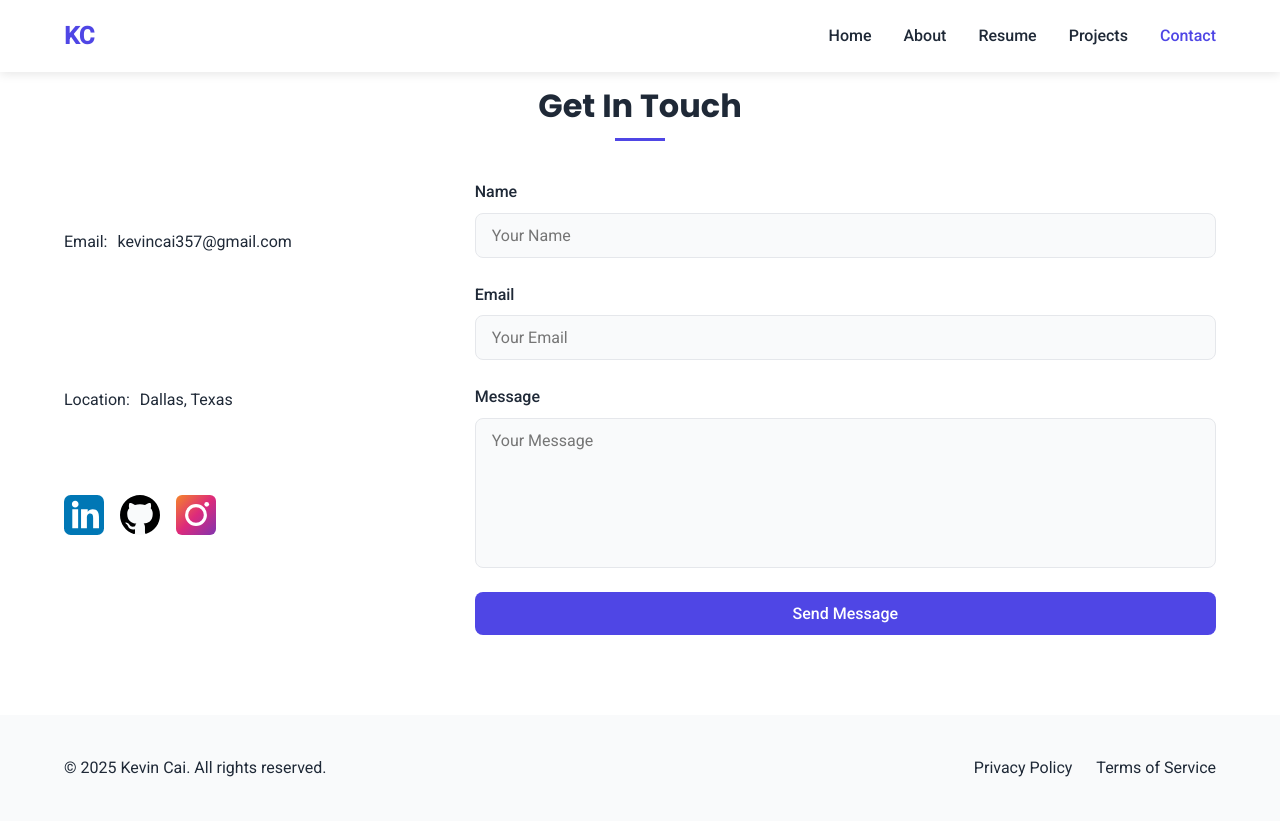
Repository: itskevbo/E-Portfolio
Page: pages/contact.html
The author's editor kept a copy of each file at every save. The page is drawn from the files as they stood at one save, then again after the next save.
The browser window is 1280 px wide. The pictures show the whole page.

Above is the page before, as saved 2025-04-22 23:03:17.

### pages/contact.html
<!DOCTYPE html>
<html lang="en">
<head>
    <meta charset="UTF-8">
    <meta name="viewport" content="width=device-width, initial-scale=1.0">
    <title>Kevin Cai | Contact</title>
    <meta name="description" content="Get in touch with Kevin Cai">

    <!-- Favicon -->
    <link rel="icon" href="../assets/images/favicon.ico">

    <!-- CSS -->
    <link rel="stylesheet" href="../styles/main.css">

    <!-- Google Fonts -->
    <link rel="preconnect" href="https://fonts.googleapis.com">
    <link rel="preconnect" href="https://fonts.gstatic.com" crossorigin>
    <link href="https://fonts.googleapis.com/css2?family=Poppins:wght@300;400;500;700&family=Roboto:wght@400;500&display=swap" rel="stylesheet">
</head>
<body>
    <!-- Header Component -->
    <header class="header" id="header">
        <div class="container">
            <div class="header__logo">
                <a href="../index.html" class="logo">KC</a>
            </div>

            <nav class="header__nav" id="nav-menu">
                <ul class="header__nav-list">
                    <li class="header__nav-item"><a href="../index.html" class="header__nav-link">Home</a></li>
                    <li class="header__nav-item"><a href="about.html" class="header__nav-link">About</a></li>
                    <li class="header__nav-item"><a href="resume.html" class="header__nav-link">Resume</a></li>
                    <li class="header__nav-item"><a href="projects.html" class="header__nav-link">Projects</a></li>
                    <li class="header__nav-item"><a href="contact.html" class="header__nav-link active">Contact</a></li>
                </ul>

                <div class="header__nav-toggle" id="nav-toggle">
                    <span></span>
                    <span></span>
                    <span></span>
                </div>
            </nav>
        </div>
    </header>

    <main>
        <!-- Contact Section Component -->
        <section class="contact section" id="contact">
            <div class="container">
                <h2 class="section__title">Get In Touch</h2>
                <div class="contact__content">
                    <div class="contact__info">
                        <div class="contact__info-item" style="display: flex; align-items: center; gap: 10px;">
                            <span class="icon">Email:</span>
                            <a href="mailto:kevincai357@gmail.com">kevincai357@gmail.com</a>
                        </div>
                        <div class="contact__info-item" style="display: flex; align-items: center; gap: 10px;">
                            <span class="icon">Location:</span>
                            <span>Dallas, Texas</span>
                        </div>
                        <div class="contact__social">
                            <a href="https://www.linkedin.com/in/kevincai357/" class="contact__social-link" target="_blank">
                                <img src="../assets/icons/linkedin.svg" alt="LinkedIn" class="contact__social-icon">
                            </a>
                            <a href="https://github.com/itskevbo" class="contact__social-link" target="_blank">
                                <img src="../assets/icons/github.svg" alt="GitHub" class="contact__social-icon">
                            </a>
                            <a href="https://www.instagram.com/_itskevbo/" class="contact__social-link" target="_blank">
                                <img src="../assets/icons/instagram.svg" alt="Instagram" class="contact__social-icon">
                            </a>
                        </div>
                    </div>
                    <form class="contact__form" id="contact-form">
                        <div class="form-group">
                            <label for="name">Name</label>
                            <input type="text" id="name" name="name" placeholder="Your Name" required>
                        </div>
                        <div class="form-group">
                            <label for="email">Email</label>
                            <input type="email" id="email" name="email" placeholder="Your Email" required>
                        </div>
                        <div class="form-group">
                            <label for="message">Message</label>
                            <textarea id="message" name="message" placeholder="Your Message" required></textarea>
                        </div>
                        <button type="submit" class="btn btn-primary">Send Message</button>
                    </form>
                </div>
            </div>
        </section>
    </main>

    <!-- Footer Component -->
    <footer class="footer">
        <div class="container">
            <div class="footer__content">
                <p>&copy; 2025 Kevin Cai. All rights reserved.</p>
                <div class="footer__links">
                    <a href="#" class="footer__link">Privacy Policy</a>
                    <a href="#" class="footer__link">Terms of Service</a>
                </div>
            </div>
        </div>
    </footer>

    <!-- JS -->
    <script src="../scripts/main.js"></script>
</body>
</html>

### styles/main.css
/*=============== VARIABLES ===============*/
:root {
    /* Colors */
    --primary-color: #4f46e5;
    --primary-color-alt: #2f24a5;
    --secondary-color: #3b82f6;
    --accent-color: #8b5cf6;
    --text-color: #1f2937;
    --text-color-light: #6b7280;
    --body-color: #ffffff;
    --container-color: #f9fafb;
    --border-color: #e5e7eb;
    --success-color: #10b981;
    --error-color: #ef4444;

    /* Typography */
    --body-font: 'Roboto', sans-serif;
    --heading-font: 'Poppins', sans-serif;
    --h1-font-size: 2.5rem;
    --h2-font-size: 2rem;
    --h3-font-size: 1.5rem;
    --normal-font-size: 1rem;
    --small-font-size: 0.875rem;
    --smaller-font-size: 0.75rem;

    /* Font weights */
    --font-light: 300;
    --font-regular: 400;
    --font-medium: 500;
    --font-bold: 700;

    /* Z-index */
    --z-tooltip: 10;
    --z-fixed: 100;

    /* Transitions */
    --transition: all 0.3s ease;
}

/*=============== BASE ===============*/
* {
    margin: 0;
    padding: 0;
    box-sizing: border-box;
}

html {
    scroll-behavior: smooth;
}

body {
    font-family: var(--body-font);
    font-size: var(--normal-font-size);
    color: var(--text-color);
    background-color: var(--body-color);
    line-height: 1.6;
}

h1, h2, h3 {
    font-family: var(--heading-font);
    font-weight: var(--font-bold);
    color: var(--text-color);
}

ul {
    list-style: none;
}

a {
    text-decoration: none;
    color: var(--text-color);
    transition: var(--transition);
}

a:hover {
    color: var(--primary-color);
}

img {
    max-width: 100%;
    height: auto;
}

button,
input,
textarea {
    font-family: var(--body-font);
    font-size: var(--normal-font-size);
    outline: none;
    border: none;
}

button {
    cursor: pointer;
    background: none;
}

/*=============== REUSABLE CLASSES ===============*/
.container {
    max-width: 1200px;
    margin: 0 auto;
    padding: 0 1.5rem;
}

.section {
    padding: 5rem 0;
}

.section__title {
    font-size: var(--h2-font-size);
    text-align: center;
    margin-bottom: 3rem;
    position: relative;
}

.section__title::after {
    content: '';
    position: absolute;
    width: 50px;
    height: 3px;
    background-color: var(--primary-color);
    bottom: -10px;
    left: 50%;
    transform: translateX(-50%);
}

.highlight {
    color: var(--primary-color);
}

.grid {
    display: grid;
    gap: 1.5rem;
}

/*=============== BUTTONS ===============*/
.btn {
    display: inline-flex;
    align-items: center;
    justify-content: center;
    padding: 0.75rem 1.5rem;
    border-radius: 0.5rem;
    font-weight: var(--font-medium);
    transition: var(--transition);
}

.btn-primary {
    background-color: var(--primary-color);
    color: white;
}

.btn-primary:hover {
    background-color: var(--primary-color-alt);
    color: white;
}

.btn-outline {
    border: 2px solid var(--primary-color);
    color: var(--primary-color);
}

.btn-outline:hover {
    background-color: var(--primary-color);
    color: white;
}

/*=============== HEADER & NAV ===============*/
.header {
    position: fixed;
    top: 0;
    left: 0;
    width: 100%;
    background-color: var(--body-color);
    box-shadow: 0 2px 10px rgba(0, 0, 0, 0.1);
    z-index: var(--z-fixed);
}

.header .container {
    display: flex;
    align-items: center;
    justify-content: space-between;
    height: 4.5rem;
}

.header__logo .logo {
    font-size: 1.5rem;
    font-weight: var(--font-bold);
    color: var(--primary-color);
}

.header__nav {
    display: flex;
    align-items: center;
}

.header__nav-list {
    display: flex;
    gap: 2rem;
}

.header__nav-link {
    font-weight: var(--font-medium);
}

.header__nav-link.active {
    color: var(--primary-color);
}

.header__nav-toggle {
    display: none;
    flex-direction: column;
    gap: 5px;
    cursor: pointer;
}

.header__nav-toggle span {
    width: 25px;
    height: 2px;
    background-color: var(--text-color);
    transition: var(--transition);
}

/*=============== HERO ===============*/
.hero {
    min-height: 100vh;
    display: flex;
    align-items: center;
    padding-top: 4.5rem;
}

.hero .container {
    display: grid;
    grid-template-columns: 1fr 1fr;
    align-items: center;
    gap: 2.5rem;
}

.hero__title {
    font-size: var(--h1-font-size);
    margin-bottom: 1rem;
}

.hero__subtitle {
    font-size: var(--h3-font-size);
    color: var(--primary-color);
    margin-bottom: 1.5rem;
}

.hero__description {
    margin-bottom: 2rem;
    max-width: 400px;
}

.hero__actions {
    display: flex;
    gap: 1rem;
}

.hero__image-placeholder {
    background-color: var(--border-color);
    border-radius: 1rem;
    height: 400px;
    width: 100%;
}

/*=============== ABOUT ===============*/
.about__content {
    display: grid;
    grid-template-columns: 1fr 1fr;
    gap: 2.5rem;
    align-items: center;
}

.about__text p {
    margin-bottom: 1.5rem;
}

.about__image-placeholder {
    background-color: var(--border-color);
    border-radius: 1rem;
    height: 400px;
    width: 100%;
}

/*=============== PROJECTS ===============*/
.projects__filter {
    display: flex;
    justify-content: center;
    flex-wrap: wrap;
    gap: 1rem;
    margin-bottom: 2rem;
}

.projects__filter-btn {
    padding: 0.5rem 1.5rem;
    border-radius: 0.5rem;
    color: var(--text-color);
    font-weight: var(--font-medium);
    transition: var(--transition);
}

.projects__filter-btn:hover,
.projects__filter-btn.active {
    background-color: var(--primary-color);
    color: white;
}

.projects__grid {
    display: grid;
    grid-template-columns: repeat(auto-fill, minmax(280px, 1fr));
    gap: 2rem;
}

.project-card {
    background-color: var(--container-color);
    border-radius: 1rem;
    overflow: hidden;
    box-shadow: 0 4px 15px rgba(0, 0, 0, 0.1);
    transition: var(--transition);
}

.project-card:hover {
    transform: translateY(-10px);
    box-shadow: 0 10px 25px rgba(0, 0, 0, 0.2);
}

.project-card__image-placeholder {
    background-color: var(--border-color);
    height: 200px;
    width: 100%;
}

.project-card__content {
    padding: 1.5rem;
}

.project-card__title {
    margin-bottom: 0.75rem;
}

.project-card__description {
    color: var(--text-color-light);
    margin-bottom: 1rem;
}

.project-card__tags {
    display: flex;
    flex-wrap: wrap;
    gap: 0.5rem;
    margin-bottom: 1rem;
}

.tag {
    background-color: rgba(79, 70, 229, 0.1);
    color: var(--primary-color);
    padding: 0.25rem 0.75rem;
    border-radius: 0.5rem;
    font-size: var(--small-font-size);
}

.project-card__links {
    display: flex;
    gap: 1rem;
}

.project-card__link {
    color: var(--text-color-light);
}

.project-card__link:hover {
    color: var(--primary-color);
}

/*=============== SKILLS ===============*/
.skills__content {
    display: grid;
    grid-template-columns: repeat(auto-fit, minmax(300px, 1fr));
    gap: 2rem;
}

.skills__category-title {
    margin-bottom: 1.5rem;
    position: relative;
    display: inline-block;
    padding-left: 1rem;
}

.skills__category-title::before {
    content: '';
    position: absolute;
    width: 3px;
    height: 100%;
    background-color: var(--primary-color);
    left: 0;
    top: 0;
}

.skills__list {
    display: grid;
    gap: 1rem;
}

.skill-item {
    display: grid;
    gap: 0.5rem;
}

.skill-item__name {
    display: flex;
    justify-content: space-between;
}

.skill-item__bar {
    width: 100%;
    height: 8px;
    background-color: var(--border-color);
    border-radius: 1rem;
    overflow: hidden;
}

.skill-item__progress {
    height: 100%;
    background-color: var(--primary-color);
    border-radius: 1rem;
}

/*=============== CONTACT ===============*/
.contact__content {
    display: grid;
    grid-template-columns: 1fr 2fr;
    gap: 2.5rem;
}

.contact__info {
    display: grid;
    gap: 2rem;
}

.contact__info-item {
    display: flex;
    align-items: center;
    gap: 1rem;
}

.contact__social {
    display: flex;
    gap: 1rem;
}

.contact__social-link {
    display: flex;
    align-items: center;
    justify-content: center;
    width: 40px;
    height: 40px;
    border-radius: 50%;
    background-color: var(--container-color);
    color: var(--text-color);
    transition: var(--transition);
}

.contact__social-link:hover {
    background-color: var(--primary-color);
    color: white;
}

.contact__form {
    display: grid;
    gap: 1.5rem;
}

.form-group {
    display: grid;
    gap: 0.5rem;
}

.form-group label {
    font-weight: var(--font-medium);
}

.form-group input,
.form-group textarea {
    width: 100%;
    padding: 0.75rem 1rem;
    border: 1px solid var(--border-color);
    border-radius: 0.5rem;
    background-color: var(--container-color);
    transition: var(--transition);
}

.form-group input:focus,
.form-group textarea:focus {
    border-color: var(--primary-color);
}

.form-group textarea {
    height: 150px;
    resize: none;
}

/*=============== FOOTER ===============*/
.footer {
    background-color: var(--container-color);
    padding: 2.5rem 0;
}

.footer__content {
    display: flex;
    justify-content: space-between;
    align-items: center;
}

.footer__links {
    display: flex;
    gap: 1.5rem;
}

/*=============== MEDIA QUERIES ===============*/
/* For medium devices */
@media screen and (max-width: 968px) {
    :root {
        --h1-font-size: 2.25rem;
        --h2-font-size: 1.75rem;
        --h3-font-size: 1.25rem;
    }

    .hero .container,
    .about__content {
        grid-template-columns: 1fr;
    }

    .hero__image {
        grid-row: 1;
    }

    .contact__content {
        grid-template-columns: 1fr;
    }
}

/* For small devices */
@media screen and (max-width: 768px) {
    .header__nav-list {
        position: fixed;
        top: 4.5rem;
        right: -100%;
        background-color: var(--body-color);
        width: 80%;
        height: 100vh;
        flex-direction: column;
        align-items: center;
        justify-content: center;
        padding: 3rem 0;
        box-shadow: -5px 0 15px rgba(0, 0, 0, 0.1);
        transition: var(--transition);
    }

    .header__nav-list.show-menu {
        right: 0;
    }

    .header__nav-toggle {
        display: flex;
    }

    .header__nav-toggle.active span:nth-child(1) {
        transform: rotate(45deg) translate(5px, 5px);
    }

    .header__nav-toggle.active span:nth-child(2) {
        opacity: 0;
    }

    .header__nav-toggle.active span:nth-child(3) {
        transform: rotate(-45deg) translate(5px, -5px);
    }

    .footer__content {
        flex-direction: column;
        gap: 1rem;
    }
}

/* For smaller devices */
@media screen and (max-width: 350px) {
    :root {
        --h1-font-size: 2rem;
        --h2-font-size: 1.5rem;
        --h3-font-size: 1.25rem;
    }

    .container {
        padding: 0 1rem;
    }

    .hero__actions {
        flex-direction: column;
        width: 100%;
    }

    .hero__actions .btn {
        width: 100%;
        text-align: center;
    }

    .projects__filter {
        flex-direction: column;
        width: 100%;
    }
}

### assets/icons/linkedin.svg
<svg xmlns="http://www.w3.org/2000/svg" viewBox="0 0 24 24" fill="#0077B5" width="48px" height="48px">
    <rect width="24" height="24" rx="4" fill="#0077B5"/>
    <path d="M4.98 8.5H8.48V20H4.98V8.5ZM6.73 3.5C5.62 3.5 4.73 4.39 4.73 5.5C4.73 6.61 5.62 7.5 6.73 7.5C7.84 7.5 8.73 6.61 8.73 5.5C8.73 4.39 7.84 3.5 6.73 3.5ZM10.98 8.5H14.23V10.03H14.28C14.73 9.23 15.84 8.5 17.23 8.5C20.18 8.5 20.98 10.5 20.98 13.23V20H17.48V13.98C17.48 12.73 17.46 11.03 15.73 11.03C13.98 11.03 13.73 12.48 13.73 13.9V20H10.23V8.5H10.98Z" fill="white"/>
</svg>

### assets/icons/instagram.svg
<svg xmlns="http://www.w3.org/2000/svg" viewBox="0 0 512 512" width="100" height="100">
    <linearGradient id="grad" x1="0%" y1="0%" x2="100%" y2="100%">
        <stop offset="0%" style="stop-color:#f58529;stop-opacity:1" />
        <stop offset="50%" style="stop-color:#dd2a7b;stop-opacity:1" />
        <stop offset="100%" style="stop-color:#8134af;stop-opacity:1" />
    </linearGradient>
    <rect width="512" height="512" rx="15%" fill="url(#grad)" />
    <circle cx="256" cy="256" r="120" fill="none" stroke="#fff" stroke-width="40" />
    <circle cx="393" cy="119" r="30" fill="#fff" />
</svg>

### scripts/main.js
/*==================== MAIN JS ====================*/
document.addEventListener('DOMContentLoaded', () => {
    // Initialize all components
    initNavMenu();
    initScrollActiveLink();
    initProjectsFilter();
    initContactForm();
});

/*==================== NAVIGATION MENU ====================*/
function initNavMenu() {
    const navToggle = document.getElementById('nav-toggle');
    const navMenu = document.getElementById('nav-menu');

    if (navToggle && navMenu) {
        // Toggle menu on click
        navToggle.addEventListener('click', () => {
            navMenu.classList.toggle('show-menu');
            navToggle.classList.toggle('active');
        });

        // Close menu when clicking on nav links
        const navLinks = document.querySelectorAll('.header__nav-link');
        navLinks.forEach(link => {
            link.addEventListener('click', () => {
                navMenu.classList.remove('show-menu');
                navToggle.classList.remove('active');
            });
        });
    }
}

/*==================== SCROLL SECTIONS ACTIVE LINK ====================*/
function initScrollActiveLink() {
    const sections = document.querySelectorAll('section[id]');

    const scrollActive = () => {
        const scrollY = window.pageYOffset;

        sections.forEach(current => {
            const sectionHeight = current.offsetHeight;
            const sectionTop = current.offsetTop - 50;
            const sectionId = current.getAttribute('id');
            const sectionLink = document.querySelector(`.header__nav-link[href*="${sectionId}"]`);

            if (scrollY > sectionTop && scrollY <= sectionTop + sectionHeight) {
                sectionLink?.classList.add('active');
            } else {
                sectionLink?.classList.remove('active');
            }
        });
    };

    window.addEventListener('scroll', scrollActive);
}

/*==================== PROJECTS FILTER ====================*/
function initProjectsFilter() {
    const filterButtons = document.querySelectorAll('.projects__filter-btn');
    const projectCards = document.querySelectorAll('.project-card');

    if (filterButtons.length && projectCards.length) {
        // Add click event to each filter button
        filterButtons.forEach(button => {
            button.addEventListener('click', () => {
                // Remove active class from all buttons
                filterButtons.forEach(btn => btn.classList.remove('active'));

                // Add active class to clicked button
                button.classList.add('active');

                // Get filter value
                const filterValue = button.getAttribute('data-filter');

                // Filter projects
                projectCards.forEach(card => {
                    const cardCategory = card.getAttribute('data-category');

                    if (filterValue === 'all' || filterValue === cardCategory) {
                        card.style.display = 'block';

                        // Add animation
                        setTimeout(() => {
                            card.style.opacity = '1';
                            card.style.transform = 'scale(1)';
                        }, 100);
                    } else {
                        card.style.opacity = '0';
                        card.style.transform = 'scale(0.8)';

                        // Hide after animation
                        setTimeout(() => {
                            card.style.display = 'none';
                        }, 300);
                    }
                });
            });
        });
    }
}

/*==================== CONTACT FORM ====================*/
function initContactForm() {
    const contactForm = document.getElementById('contact-form');

    if (contactForm) {
        contactForm.addEventListener('submit', (e) => {
            e.preventDefault();

            // Get form data
            const formData = new FormData(contactForm);
            const formObject = Object.fromEntries(formData);

            // For now, just log the form data (this would be replaced with actual form submission)
            console.log('Form submission:', formObject);

            // Show success message (this is a placeholder - would be replaced with actual feedback)
            alert('Thank you for your message! I will get back to you soon.');

            // Reset form
            contactForm.reset();
        });
    }
}

/*==================== SCROLL REVEAL ANIMATION ====================*/
// This is a placeholder for future implementation
// You might want to use a library like ScrollReveal for this
function initScrollReveal() {
    // This would be implemented later
    console.log('ScrollReveal not implemented yet');
}

/*==================== INTERSECTION OBSERVER FOR LAZY LOADING ====================*/
// This is a placeholder for future implementation with React components
function initLazyLoading() {
    // This would be implemented later
    console.log('Lazy loading not implemented yet');
}

/*==================== UTILITY FUNCTIONS ====================*/
// These will be useful when migrating to React components

/**
 * Debounce function to limit how often a function can be called
 * @param {Function} func - Function to debounce
 * @param {number} wait - Time to wait in milliseconds
 * @returns {Function} - Debounced function
 */
function debounce(func, wait = 100) {
    let timeout;
    return function(...args) {
        clearTimeout(timeout);
        timeout = setTimeout(() => func.apply(this, args), wait);
    };
}

/**
 * Format date to readable string
 * @param {Date|string} date - Date to format
 * @returns {string} - Formatted date string
 */
function formatDate(date) {
    const d = new Date(date);
    return d.toLocaleDateString('en-US', {
        year: 'numeric',
        month: 'long',
        day: 'numeric'
    });
}

/**
 * Validate email address format
 * @param {string} email - Email to validate
 * @returns {boolean} - Whether email is valid
 */
function isValidEmail(email) {
    const emailRegex = /^[^\s@]+@[^\s@]+\.[^\s@]+$/;
    return emailRegex.test(email);
}

Loaded but not shown: assets/icons/github.svg (3 lines, source omitted)

After the next save:
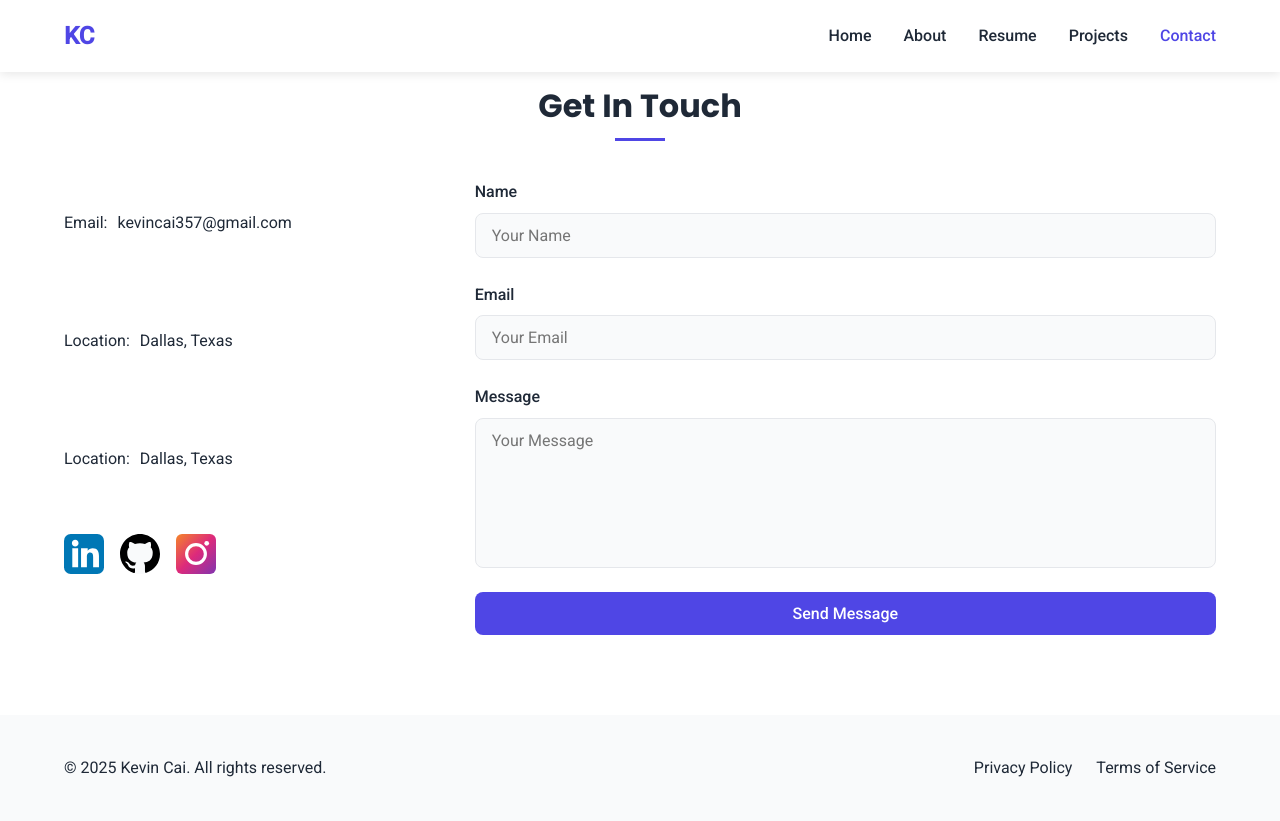
Saved 18 s later.
--- a/pages/contact.html
+++ b/pages/contact.html
@@ -58,6 +58,10 @@
                             <span class="icon">Location:</span>
                             <span>Dallas, Texas</span>
                         </div>
+                        <div class="contact__info-item" style="display: flex; align-items: center; gap: 10px;">
+                            <span class="icon">Location:</span>
+                            <span>Dallas, Texas</span>
+                        </div>
                         <div class="contact__social">
                             <a href="https://www.linkedin.com/in/kevincai357/" class="contact__social-link" target="_blank">
                                 <img src="../assets/icons/linkedin.svg" alt="LinkedIn" class="contact__social-icon">
